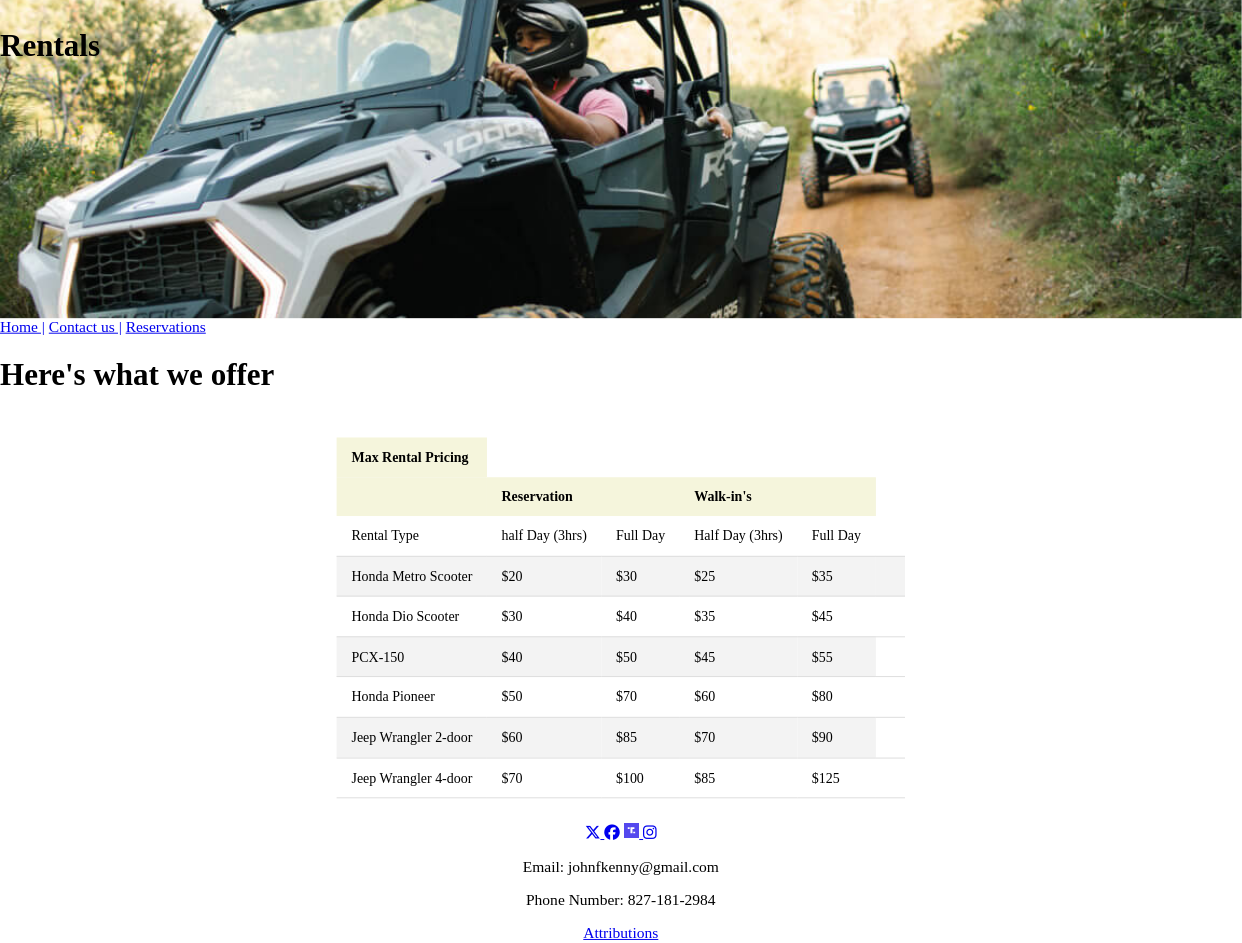
Repository: nak97/WDD230
Page: scoots/rentals-page/rentals-page.html
These files come from the project's save history. The page is drawn as it stood at one moment and after the next save; the edit follows.
The browser window is 1280 px wide. The pictures show the whole page, at 97% of full size.
Some web libraries are served in a nearby version.

Above is the page before, as saved 2023-12-11 17:30:08.

### scoots/rentals-page/rentals-page.html
<!DOCTYPE html>
<html lang="en">
<head>
  <meta charset="UTF-8">
  <meta name="viewport" content="width=device-width, initial-scale=1.0">
  <title>Nick Keen - WDD 230 - Web Frontend Development</title>
  <meta name="description" content="WDD 230 - Nicholas Keen  - Web Frontend Final Project">
  <meta name="author" content="Nicholas Keen">
  <meta property="og:title" content="facebook"/>
  <meta property="og:type" content="website" />
  <meta property="og:url" content="facebook.com" />
  <meta property="og:image" content="images/facebook-meta-tag-pic.png" />
  <link rel="stylesheet" href="styles/base.css">
  <link rel="stylesheet" href="styles/media.css">
  <link rel="stylesheet" href="styles/normalize.css">
</head>
<body>

  <header>
<h1>Rentals</h1>
  </header>

  <nav>
<a href="../home-page/home.html">Home |</a>
<a href="../contact/contact.html">Contact us |</a>
<a href="../reservations/reservations.html">Reservations</a>
  </nav>

  <main>


    <h1> Here's what we offer</h1>







    <section class="flex-container">
    <table class="content-table">
      <thead>
        <tr>
          <td>  Max Rental Pricing</td></tr>
          <td></td>
          <td colspan="2"> Reservation</td>
          <td colspan="2">Walk-in's</td>
      </tr>
      </thead>
      <tbody>
        <tr>
          <td>Rental Type</td>
          <td>half Day (3hrs)</td>
          <td>Full Day</td>
          <td>Half Day (3hrs)</td>
          <td>Full Day</td>
      </tr>
        <tr>
        <td>Honda Metro Scooter</td>
        <td><span id="price-half-metro"></span></td>
        <td><span id="price-f-metro"></span></td>
        <td><span id="price-h-w"> </span></td>
        <td id="price-f-w"> </td>
        <td></td>
      </tr>
        <tr>
          <td>Honda Dio Scooter</td>
          <td> <span id="dio-h-r"></span></td>
          <td> <span id="dio-f-r"></span></td>
          <td> <span id="dio-h-w"></span></td>
          <td> <span id="dio-f-w"></span></td>
          <td></td>
        </tr>
        <tr>
          <td>PCX-150</td>
          <td> <span id="pcx-h-r"></span></td>
          <td> <span id="pcx-f-r"></span></td>
          <td> <span id="pcx-h-w"></span></td>
          <td> <span id="pcx-f-w"></span></td>
        </tr>
        <tr>
          <td>Honda Pioneer</td>
          <td> <span id="pioneer-h-r"></span></td>
          <td> <span id="pioneer-f-r"></span></td>
          <td> <span id="pioneer-h-w"></span></td>
          <td> <span id="pioneer-f-w"></span></td>
        </tr>
        <tr>
          <td>Jeep Wrangler 2-door</td>
          <td> <span id="jeep-two-h-r"></span></td>
          <td> <span id="jeep-two-f-r"></span></td>
          <td> <span id="jeep-two-h-w"></span></td>
          <td> <span id="jeep-two-f-w"></span></td>
        </tr>
        <tr>
        <td>Jeep Wrangler 4-door</td>
        <td> <span id="jeep-four-h-r"></span></td>
        <td> <span id="jeep-four-f-r"></span></td>
        <td> <span id="jeep-four-h-w"></span></td>
        <td> <span id="jeep-four-f-w"></span></td>
        </tr>






      </tbody>





    </table>



  </section>


















  </main>





<footer>

  <a href="https://twitter.com/" target="_blank" > <i class="fa-brands fa-x-twitter"></i> </a>
  <a href="https://www.facebook.com" target="_blank"><i class="fa-brands fa-facebook"></i></a>
  <a href="https://truthsocial.com/" target="_blank"> <img class="truth-social-icon" src="images/truth-social.svg" alt="truth social"> </a>
  <a href="https://www.instagram.com/" target="_blank"><i class="fa-brands fa-instagram"></i></a>

<section class="info">
<p>Email: johnfkenny@gmail.com</p>
<p>Phone Number: 827-181-2984</p>
<a href="attributions.html" target="_blank">Attributions</a>
</section>


</footer>



<script src="./scripts/pricing.js"></script>
<script src="https://kit.fontawesome.com/615002bc5f.js" crossorigin="anonymous"></script>
</body>


</html>

### scoots/rentals-page/styles/base.css
header {
  background-image: url(../images/OHV-SEO-1152x768.jpg);
  background-repeat: no-repeat;
  height: 20rem;
  background-position: 10% 67%;
  background-size: cover;
  margin-top: 0 ;
  padding-top: 0.5rem;
}


.content-table {
  border-collapse: collapse;
  margin: 25px 0;
  font-size: 0.9em;
  min-width: 400px;
}

.content-table thead tr {
  background-color: beige;
  color: black;
  text-align: left;
  font-weight: bold;
}

.content-table th {

}

.flex-container {
  display: flex;
  justify-content: center;
}


.content-table td{
  padding:12px 15px;
}

.content-table tbody tr {
  border-bottom: 1px solid #dddddd;

}

.content-table tbody tr:nth-of-type(even){
  background-color: #f3f3f3;
}

footer {
  text-align: center;
}

.truth-social-icon {
  height: 1rem;
}

### scoots/rentals-page/scripts/pricing.js
const url = './data/pricing.json'
async function getPrice() {
 const response = await fetch(url);
 const data = await response.json();
 console.log(data)

// metro scooter
 document.getElementById('price-half-metro').innerText = data.reservation[0].hd;
 document.getElementById('price-f-metro').innerText = data.reservation[0].fd ;
 document.getElementById('price-h-w').innerText = data.walk[0].hd;
 document.getElementById('price-f-w').innerText = data.walk[0].fd;

// dio scooter
 document.getElementById('dio-h-r').innerText = data.reservation[1].hd;
 document.getElementById('dio-f-r').innerText = data.reservation[1].fd;
 document.getElementById('dio-h-w').innerText = data.walk[1].hd;
 document.getElementById('dio-f-w').innerText = data.walk[1].fd;

//  pxc150
document.getElementById('pcx-h-r').innerText = data.reservation[2].hd;
document.getElementById('pcx-f-r').innerText = data.reservation[2].fd;
document.getElementById('pcx-h-w').innerText = data.walk[2].hd;
document.getElementById('pcx-f-w').innerText = data.walk[2].fd;

// pioneer
document.getElementById('pioneer-h-r').innerText = data.reservation[3].hd;
document.getElementById('pioneer-f-r').innerText = data.reservation[3].fd;
document.getElementById('pioneer-h-w').innerText = data.walk[3].hd;
document.getElementById('pioneer-f-w').innerText = data.walk[3].fd;

// jeep 2-door
document.getElementById('jeep-two-h-r').innerText = data.reservation[5].hd;
document.getElementById('jeep-two-f-r').innerText = data.reservation[5].fd;
document.getElementById('jeep-two-h-w').innerText = data.walk[5].hd;
document.getElementById('jeep-two-f-w').innerText = data.walk[5].fd;

// jeep 4-door
document.getElementById('jeep-four-h-r').innerText = data.reservation[4].hd;
document.getElementById('jeep-four-f-r').innerText = data.reservation[4].fd;
document.getElementById('jeep-four-h-w').innerText = data.walk[4].hd;
document.getElementById('jeep-four-f-w').innerText = data.walk[4].fd;
}
getPrice();

### scoots/rentals-page/data/pricing.json
{
  "reservation":[
      {
        "type": "Honda Metro Scooter ",
        "hd": "$20",
        "fd": "$30"
      },

      {
        "type": " Honda Dio Scooter",
        "hd": "$30 ",
        "fd": "$40 "
      },

      {
        "type": " Honda CX150 Scooter",
        "hd": "$40 ",
        "fd": "$50 "
      },


      {
        "type": " Honda Pioneer",
        "hd": "$50 ",
        "fd": "$70 "
      },

      {
        "type": " Jeep Wrangler - 4 door with a/c",
        "hd": "$70 ",
        "fd": "$100 "
      },

      {
        "type": " Jeep Wrangler - 2 door ",
        "hd": "$60 ",
        "fd": "$85 "
      }
  ],

  "walk":[
{
  "type": "Honda Metro Scooter ",
  "hd": "$25",
  "fd": "$35"
},

{
  "type": " Honda Dio Scooter",
  "hd": "$35 ",
  "fd": "$45 "
},

{
  "type": " Honda CX150 Scooter",
  "hd": "$45 ",
  "fd": "$55 "
},

{
  "type": " Honda Pioneer",
  "hd": "$60 ",
  "fd": "$80 "
},

{
  "type": " Jeep Wrangler - 4 door with a/c",
  "hd": "$85 ",
  "fd": "$125 "
},

{
  "type": " Jeep Wrangler - 2 door ",
  "hd": "$70 ",
  "fd": "$90 "
}

  ]
}

Loaded but not shown: scoots/rentals-page/styles/normalize.css (library); scoots/rentals-page/styles/media.css (no stored copy; drawn as an empty file)

After the next save:
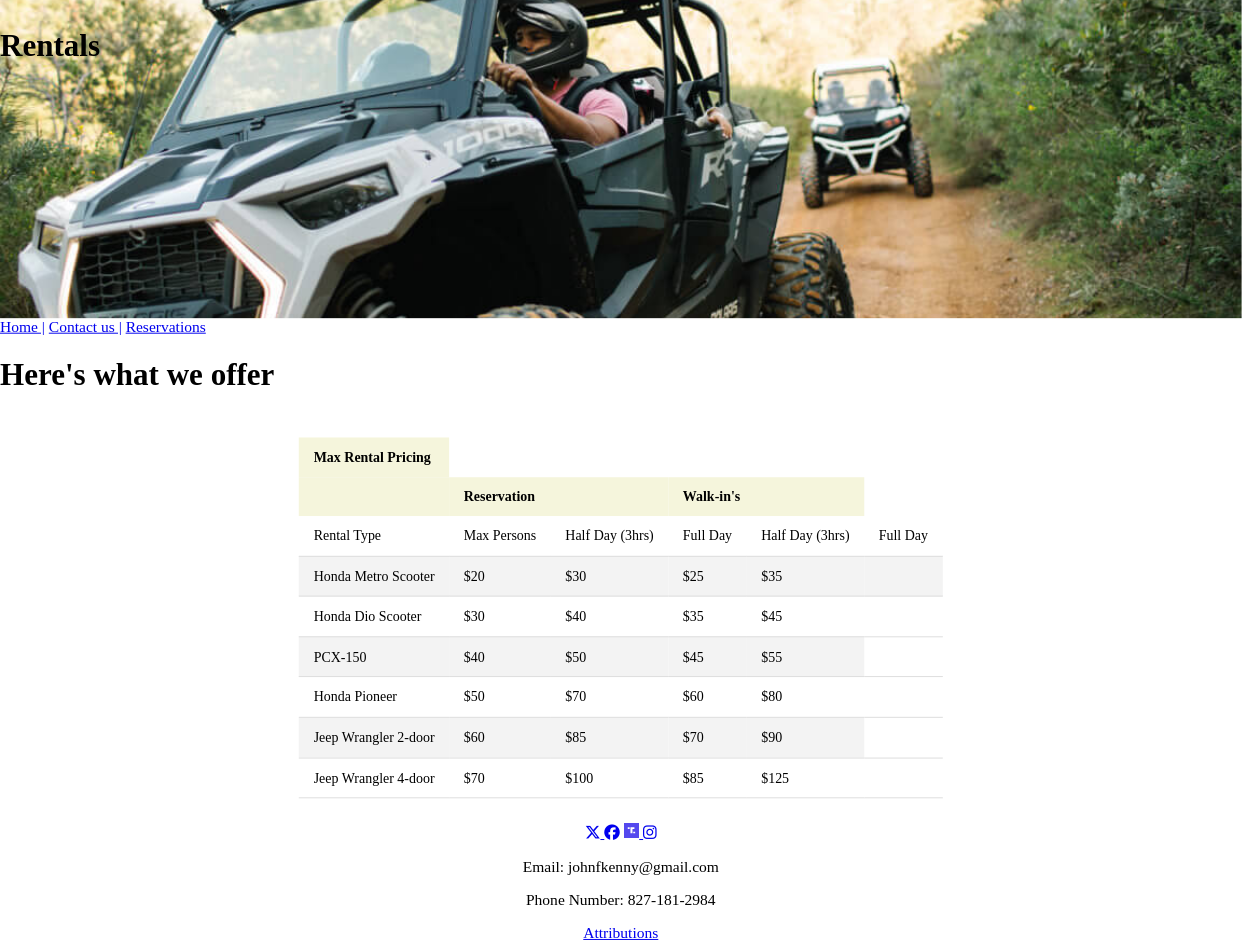
Saved 5 min 1 s later.
--- a/scoots/rentals-page/rentals-page.html
+++ b/scoots/rentals-page/rentals-page.html
@@ -50,7 +50,8 @@
       <tbody>
         <tr>
           <td>Rental Type</td>
-          <td>half Day (3hrs)</td>
+          <td>Max Persons</td>
+          <td>Half Day (3hrs)</td>
           <td>Full Day</td>
           <td>Half Day (3hrs)</td>
           <td>Full Day</td>
